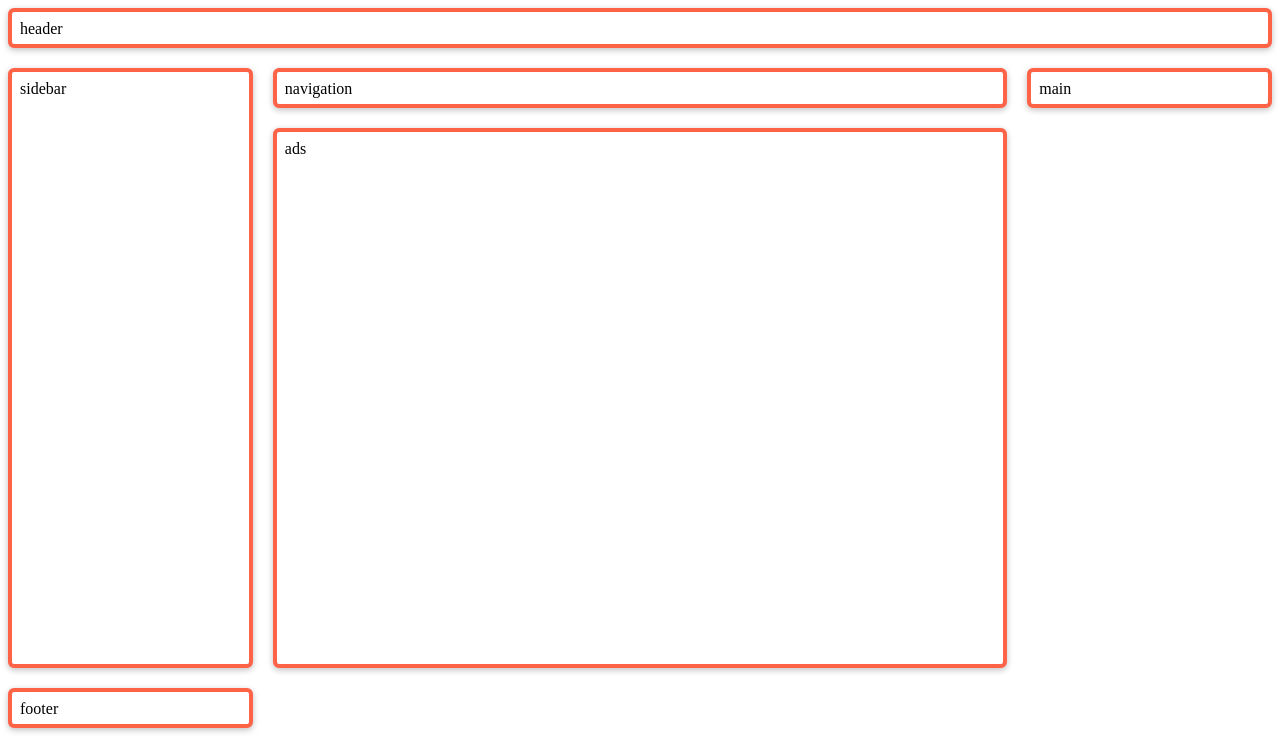
Repository: cokoduwa/css-layouts
Page: grid-exercises/03-page-layout/layout.html
These files come from the project's save history. The page is drawn as it stood at one moment and after the next save; the edit follows.
The browser window is 1280 px wide. The pictures show the whole page.

Above is the page before, as saved 2022-09-30 21:54:23.

### grid-exercises/03-page-layout/layout.html
<!DOCTYPE html>
<html lang="en">
  <head>
    <meta charset="UTF-8" />
    <meta name="viewport" content="width=device-width, initial-scale=1.0" />
    <title>Grid, devchallenge.io - Task 3.1</title>

    <link rel="stylesheet" href="style.css" />
  </head>
  <body>
    <div class="container">

      <div class="item header">header</div>

      <div class="item navigation">navigation</div>

      <div class="item main">main</div>

      <div class="item sidebar">sidebar</div>

      <div class="item ads">ads</div>

      <div class="item footer">footer</div>

    </div>
  </body>
</html>

### grid-exercises/03-page-layout/style.css
.item {
  padding: 8px;
  background-color: white;
  border: 4px solid tomato;
  border-radius: 6px;
  box-shadow: 0px 2px 6px rgba(0, 0, 0, 0.25);
}

.container {
  display: grid;
  grid-template-columns: 1fr 3fr 1fr;
  grid-template-rows: 40px 40px auto 40px;
  row-gap: 20px;
  column-gap: 20px;
  min-height: 100vh;
}

.header {
  grid-column-start: 1;
  grid-column-end: 4;
  grid-row-start: 1;
}

.sidebar {
  grid-column-start: 1;
  grid-row-start: 2;
  grid-row-end: 4;
}

.footer {
  grid-column-start: 1;
}

After the next save:
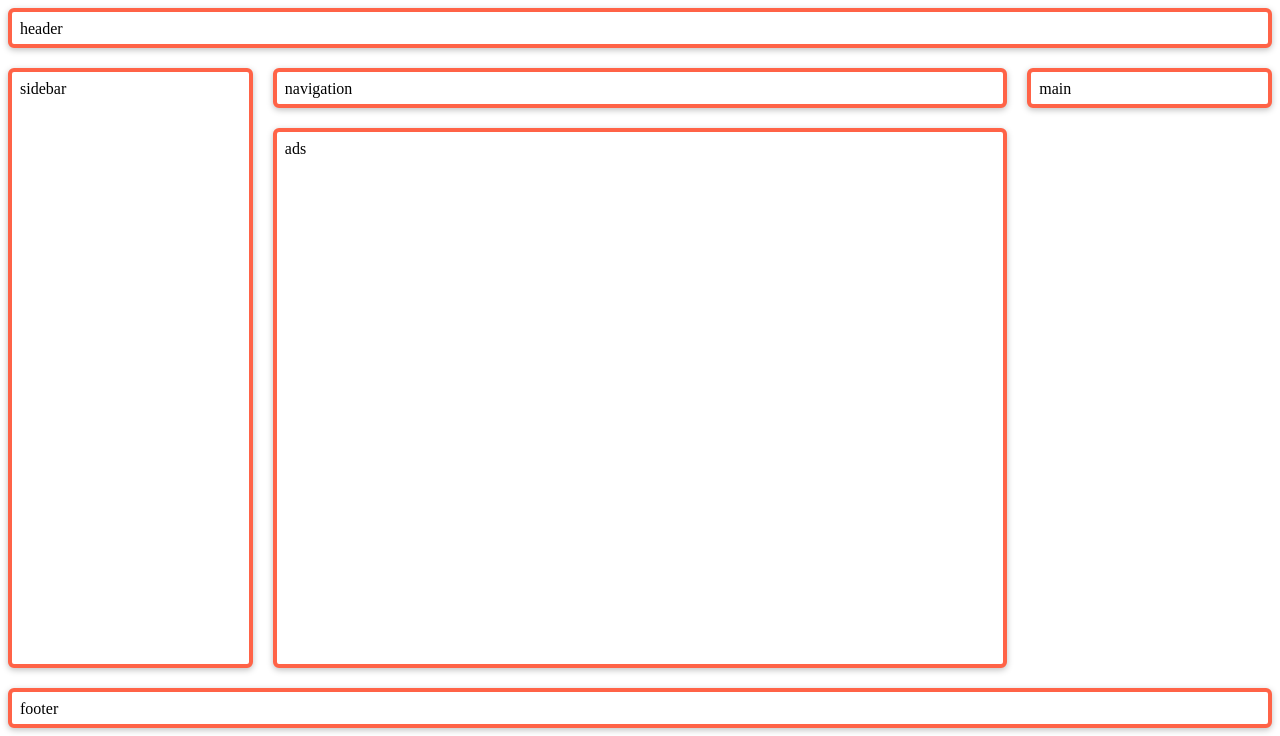
Saved 16 s later.
--- a/grid-exercises/03-page-layout/style.css
+++ b/grid-exercises/03-page-layout/style.css
@@ -29,4 +29,5 @@
 
 .footer {
   grid-column-start: 1;
+  grid-column-end: 4;
 }
